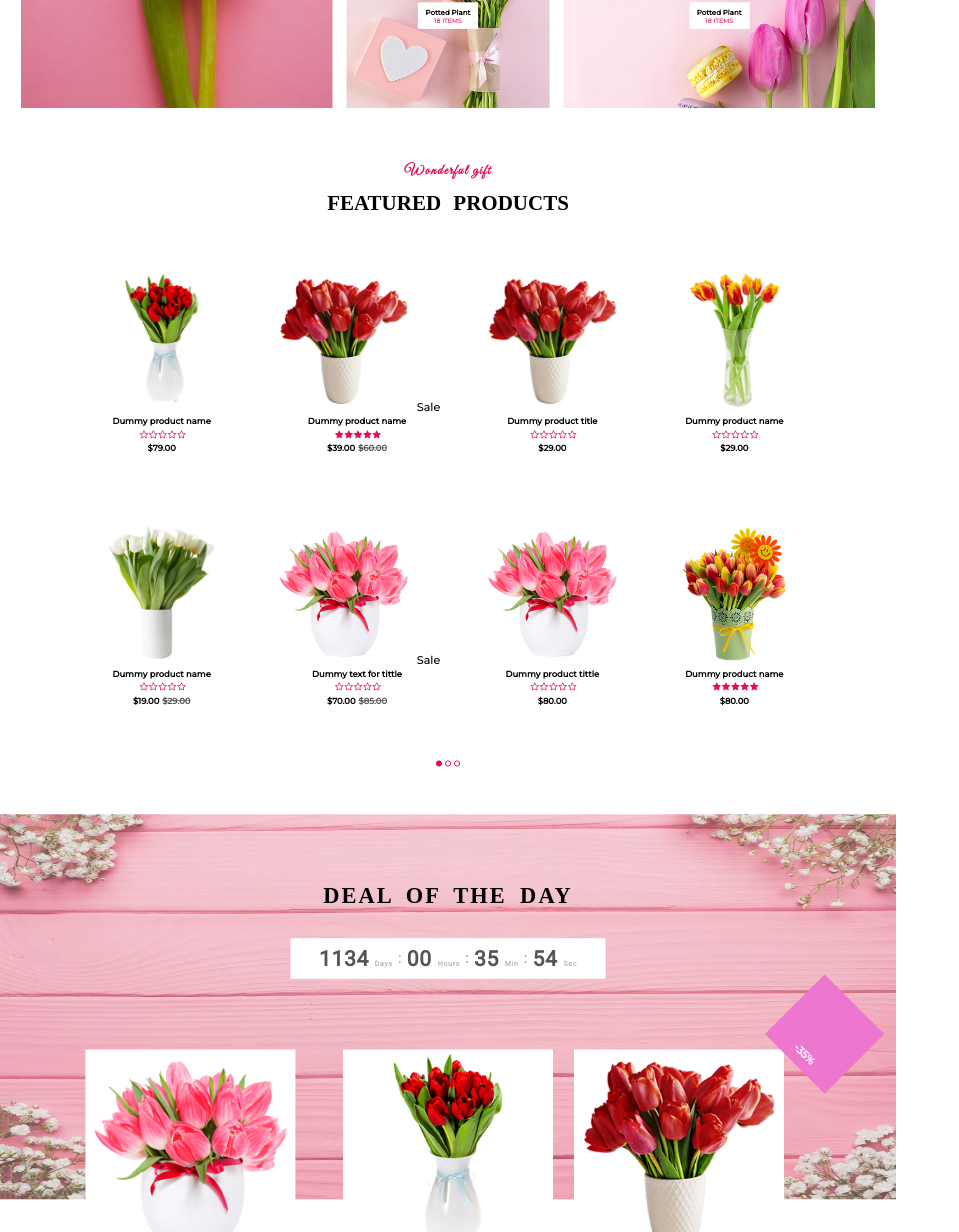
Repository: Yosva36/Front-End-Training
Page: Flower/flowers.html
The author's editor kept a copy of each file at every save. The page is drawn from the files as they stood at one save, then again after the next save.
The browser window is 1280 px wide. The page is 1370 px wide, so the pictures cover 1370 px, including what lies to the right of the window. The pictures show the part of the page from y = 1145 to 2905 px (the page is 6139 px tall), at 70% of full size.
Some web fonts or font styles are not loaded; a fallback is used. Some web libraries are served in a nearby version.

Above is the page before, as saved 2022-11-21 11:39:35.

After the next save:
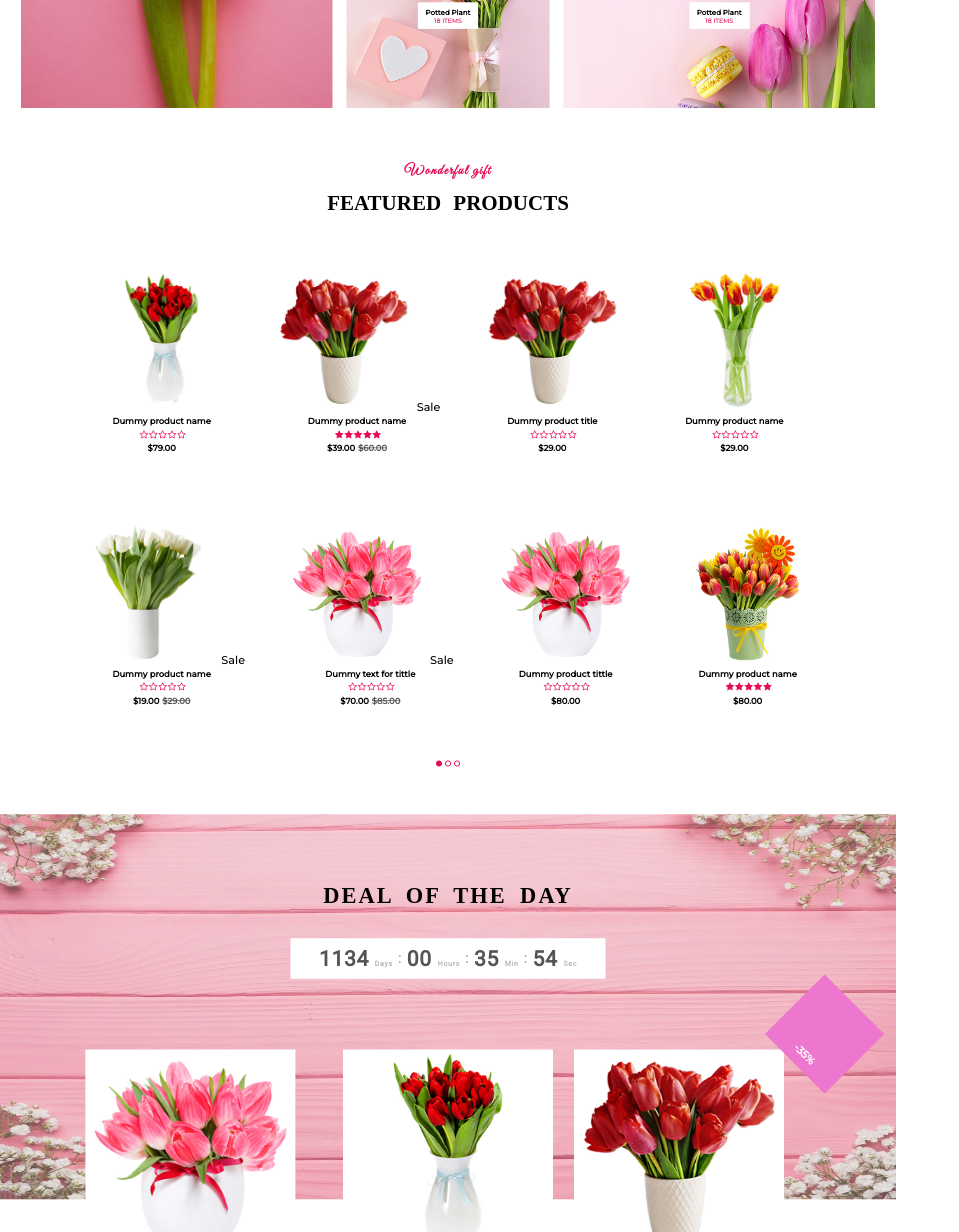
Saved 48 s later.
--- a/Flower/flowers.html
+++ b/Flower/flowers.html
@@ -178,6 +178,7 @@
         <div class="pots-two">
           <div class="block">
             <img src="/Flower/images/white-rose.jpg" alt="red-rose" />
+            <span class="sale-label">Sale</span>
             <div class="price">
               <span>Dummy product name</span>
               <div class="ratings">
